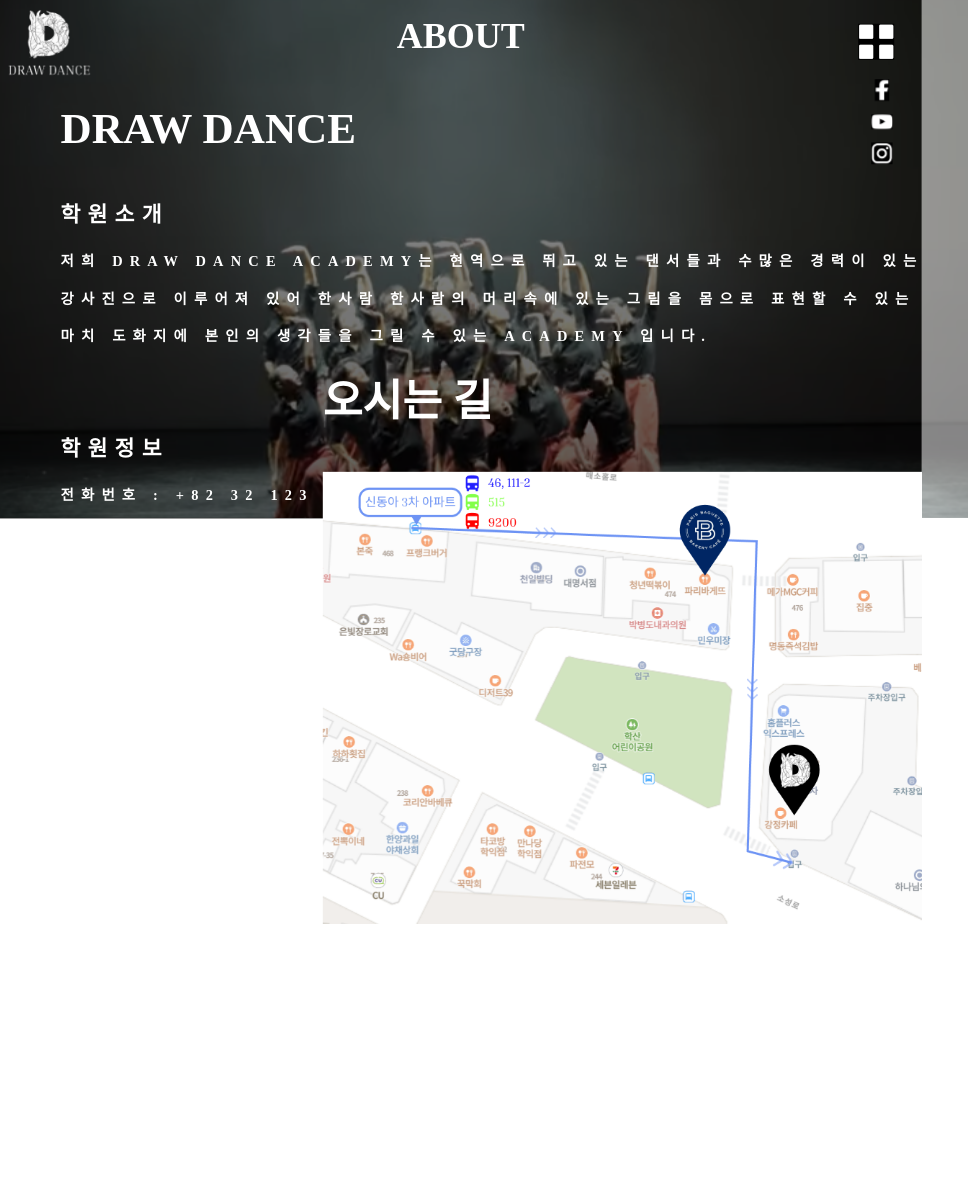
Repository: seonghun9906/semiProject
Page: http://localhost/drawAcademy/WEB-INF/views/headerMenu/about.jsp
The author's editor kept a copy of each file at every save. The page is drawn from the files as they stood at one save, then again after the next save.
The browser window is 1280 px wide. The page is 1344 px wide, then 1280 px, then 1344 px, so the pictures cover 1344 px, including what lies to the right of the window. The pictures show the whole page, at 72% of full size.
The page is served by Tomcat 9. Nobody is signed in. Other server files are loaded and not shown. The template is opened directly, without the code that normally fills it, so the values that code supplies are empty.

Above is the page before, as saved 2024-02-28 06:37:41.

### drawAcademy/src/main/webapp/WEB-INF/views/headerMenu/about.jsp
<%@ page language="java" contentType="text/html; charset=UTF-8"
   pageEncoding="UTF-8"%>
<%@ taglib uri="http://java.sun.com/jsp/jstl/core" prefix="c"%>
<!DOCTYPE html>
<html>
<head>
<meta charset="UTF-8">
<title>수강신청 사이트</title>
<link rel="stylesheet" href="resources/css/about.css">
<script src="https://code.jquery.com/jquery-3.7.1.min.js"
   integrity="sha256-/JqT3SQfawRcv/BIHPThkBvs0OEvtFFmqPF/lYI/Cxo="
   crossorigin="anonymous"></script>

</head>
<body>
   <div class="bodyMain">
   <img src="resources/images/demitasse project.PNG" class=demitasse>
      <div class="title">
         ABOUT
      </div>
      <div class="middle-part">
         <p>DRAW DANCE</p>
         <div class="low-part">
         <p>학원소개</p>
         </div>
         <div class="lowLow-part">
         <p>저희 DRAW DANCE ACADEMY는 현역으로 뛰고 있는 댄서들과 수많은 경력이 있는<br><br> 강사진으로
          이루어져 있어
         	한사람 한사람의 머리속에 있는 그림을 몸으로 표현할 수 있는<br><br> 마치 도화지에 본인의 생각들을 그릴 수 있는
         	ACADEMY 입니다.</p>
         </div>
         <div class="low-part">
         <br>
         <br>
         <p>학원정보</p>
         </div>
         <div class="lowLow-part">
         <p>전화번호 : +82 32 123 4567</p>
         <p>이메일 : DrawDance@semiproject.com</p>
         <p>주소 : 인천광역시 0000번길 000 00빌딩 0층</p>
         </div>
      </div>
       <!-- 오시는길  -->
      <div id="mapSection" class="mapInfo">
      	<div class="mapInfoText">
      		<p>오시는 길</p>
      <img src="resources/images/Map.png" class="map">
      		<div class="mapInfoTextImport">
      		<p>신동아아파트에서 하차 후 파리바게트 기준으로 오른쪽 골목</p>
      		</div>
      	</div>
      </div>
      <!-- 오시는길  end-->
      </div>


      <div class="headerMenu">
         <button class="Home-btn" onclick="location.href='./'">
            <img src="resources/images/lg.png" class="logo">
         </button>
      </div>
      <div id="menu-container">
         <img src="resources/images/menu.png" id="menuButton">
         <div id="rectangle">
            <br> <br>
            <button class="Home-btn" onclick="location.href='./'">
               <p>HOME</p>
            </button>
            <br> <br> <br>
            <button class="ABOUT-btn" onclick="location.href='./about'">
               <p>ABOUT</p>
            </button>
            <br> <br> <br>
            <button class="INSTRUCTORS-btn"
               onclick="location.href='./instructors'">
               <p>INSTRUCTORS</p>
            </button>
            <br> <br> <br>
            <button class="CLASS-btn" onclick="location.href='./classpage'">
               <p>CLASS</p>
            </button>
             <br> <br> <br>
              <button class="CONTACT-btn" onclick="location.href='./qboard'">
               <p>FAQ</p>
            </button>
            <br> <br> <br> <br> <br> <br> <br>
            <div class="smallWord">
               <button id="loginBtn" class="LOGIN-btn"
                  onclick="location.href='./login'">
                  <small>LOGIN</small>
               </button>
               <form id="logoutForm" action="logout" method="get">
                  <button class="LOGIN-btn" onclick="location.href='./'">
                     <small>LOGOUT</small>
                  </button>
               </form>
               <button id="signupBtn" class="SIGNUP-btn"
                  onclick="location.href='./signUp'">
                  <small>SIGN UP</small>
               </button>
               <button id="myPage" class="MYPAGE-btn"
                  onclick="location.href='./mypage'">
                  <small>MY PAGE</small>
               </button>
            </div>
            <br> <br>
            <div id="icon-container2">
               <a href="https://www.facebook.com"> <img
                  src="resources/images/facebookIcon.png" class="facebook">
               </a> <a href="https://www.youtube.com"> <img
                  src="resources/images/youtubeIcon.png" class="youtube">
               </a> <a href="https://www.instagram.com"> <img
                  src="resources/images/instagramIcon.png" class="instagram">
               </a>
            </div>
         </div>
      </div>
      <div id="icon-container">
         <a href="https://www.facebook.com"> <img
            src="resources/images/facebookIcon.png" class="facebook">
         </a> <a href="https://www.youtube.com"> <img
            src="resources/images/youtubeIcon.png" class="youtube">
         </a> <a href="https://www.instagram.com"> <img
            src="resources/images/instagramIcon.png" class="instagram">
         </a>
      </div>



</body>
<script>
$(document).ready(function() {
	  var rectangle = $("#rectangle");
	  var menuButton = $("#menuButton");
	  var iconContainer = $("#icon-container");
	  var isRectangleVisible = false;

	  menuButton.on('click', function() {
	    if (!isRectangleVisible) {
	      rectangle.show();
	      iconContainer.hide();
	      isRectangleVisible = true;
	    } else {
	      rectangle.hide();
	      iconContainer.show();
	      isRectangleVisible = false;
	    }
	  });
	});
</script>
<script>
$(document).ready(function() {
	  var loginBtn = $("#loginBtn");
	  var logoutForm = $("#logoutForm");
	  var signupBtn = $("#signupBtn");
	  var myPageBtn = $("#myPage");

	  var loggedInMember = '<%= session.getAttribute("login") %>';
	  console.log("세션에 저장된 값: " + loggedInMember);

	  // 여기서 로그인 여부를 확인하고 그에 따라 버튼을 표시하거나 숨깁니다.
	  var isLoggedIn = loggedInMember !== 'null' && loggedInMember !== '';

	  if (isLoggedIn) {
	    loginBtn.hide();
	    logoutForm.show();
	    signupBtn.hide();
	    myPageBtn.show();
	  } else {
	    loginBtn.show();
	    logoutForm.hide();
	    signupBtn.show();
	    myPageBtn.hide();
	  }
	});
</script>
</html>

### drawAcademy/src/main/webapp/resources/css/about.css

.mapInfo{
	margin-top : 30%;
	margin-left : 30%;
	z-index: 9999;
	position: relative; /* fixed에서 relative로 변경 */
    overflow: auto; /* 필요에 따라 추가 */

}
.mapInfoText{
	 width: 100%; /* 컨테이너의 너비를 화면 전체로 설정 */
   text-align: left; /* 내부 텍스트를 가운데 정렬합니다. */
   padding: 20px; /* 내부 여백 설정 (예시) */
   box-sizing: border-box; /* 패딩이 포함된 전체 너비/높이 계산 */
   color: #ffffff;
   font-size: 60px;
   font-weight: bold;
   margin: 5%;
     z-index: 9999;

}

.demitasse {
    position: fixed;
    top: -50%;
    left: 0;
    width: 115%;
    height: 150%;
    z-index: 9997;
    object-fit: cover;
    opacity: 0.5; /* 0부터 1까지의 값으로 투명도를 지정합니다. 0은 완전 투명, 1은 완전 불투명입니다. */
}


.bodyMain {
   position: absolute;
   background-color: #000000;
   top: 0;
   left: 0;
   bottom: 0;
   right: 0;
   width: 100%;
   height: 100%;
}
.title {
   width: 100%; /* 컨테이너의 너비를 화면 전체로 설정 */
   position: absolute; /* 화면 아래에 고정시킵니다. */
   text-align: center; /* 내부 텍스트를 가운데 정렬합니다. */
   padding: 20px; /* 내부 여백 설정 (예시) */
   box-sizing: border-box; /* 패딩이 포함된 전체 너비/높이 계산 */
   color: #ffffff;
   font-size: 50px;
   font-weight: bold;
     z-index: 9999;
}

.middle-part {
   width: 100%; /* 컨테이너의 너비를 화면 전체로 설정 */
   position: absolute; /* 화면 아래에 고정시킵니다. */
   text-align: left; /* 내부 텍스트를 가운데 정렬합니다. */
   padding: 20px; /* 내부 여백 설정 (예시) */
   box-sizing: border-box; /* 패딩이 포함된 전체 너비/높이 계산 */
   color: #ffffff;
   font-size: 60px;
   font-weight: bold;
   margin: 5%;
     z-index: 9999;
}

.headerMenu .Home-btn {
   position: absolute;
   background: none;
   border: none;
   padding: 0;
   cursor: pointer;
   width: auto; /* 이미지 크기에 맞게 자동으로 조정됨 */
   z-index: 9999;
}

.headerMenu .logo {
   width: 120px; /* 이미지가 버튼 내에서 꽉 차도록 설정 */
   height: auto; /* 이미지의 가로 세로 비율을 유지하면서 버튼에 맞게 조정 */
}

.facebook {
   width: 20px;
   height: 30px;
   z-index: 9999;
}

.youtube {
   width: 30px;
   height: 20px;
   z-index: 9999;
}

.instagram {
   width: 30px;
   height: 30px;
   z-index: 9999;
}

#menu-container {
   position: relative;
   z-index: 9999;
}

#menuButton {
   cursor: pointer;
   position: absolute;
   top: 25px;
   right: 30px; /* 오른쪽으로 이동 */
   display: flex;
   width: 50px;
   height: 50px;
   z-index: 9999;
}

#icon-container {
   position: absolute;
   top: 110px;
   right: 40px;
   display: flex;
   flex-direction: column; /* 세로 방향으로 아이콘을 나열 */
   align-items: center; /* 아이콘을 수직 중앙으로 정렬 */
   gap: 15px; /* 아이콘 사이의 간격 설정 */
   z-index: 9998;
}

#rectangle {
   /* 처음엔 숨겨져 있음 */
   position: absolute;
   top: 110px; /* toggleButton 바로 아래 위치 */
   right: 30px; /* menuButton과 같게 */
   width: 10.5%;
   min-height: 200px;
   color: black;
   background-color: black;
   display: none;
   border: 2px solid white;
   background-color: black;
   z-index: 9999;
}

#rectangle button {
   cursor: pointer;
   background-color: black;
   border: none;
   padding: 0.5em 0.5em; /* 위아래 0.5em, 좌우 1em으로 설정하여 버튼 크기를 내용에 맞게 조정 */
   color: white;
   font-size: 23px;
   gap: 15px;
}

#rectangle p {
   color: white;
   text-align: left;
   font-size: 24px;
   text-decoration: underline; /* 밑줄 */
   margin: 0px;
}

.smallWord {
   color: white;
   margin: 10px;
}

#icon-container2 {
   position: relative;
   right: -30px;
   display: flex;
   margin-bottom: 30px;
   flex-direction: row; /* 가로 방향으로 아이콘을 나열 */
   align-items: center; /* 아이콘을 수직 중앙으로 정렬 */
   gap: 15px; /* 아이콘 사이의 간격 설정 */
   z-index: 9998;
}

.instructor-container {
   width: 100%;
   position: fixed;
   bottom: 0;
   padding: 20px;
   display: flex;
   justify-content: space-around;
   flex-direction: row;
   box-sizing: border-box;
}

.instructor-container img {
   width: 200px;
   height: 200px;
   }

  .low-part {
  	color : white;
  	letter-spacing : 10px;
  	 font-size: 30px;
  	   z-index: 9999;
  }

  .lowLow-part{
  	width : auto;
  	text-align: left;
  	color : white;
  	letter-spacing : 10px;
  	font-size: 20px;
  	  z-index: 9999;
  }

After the next save:
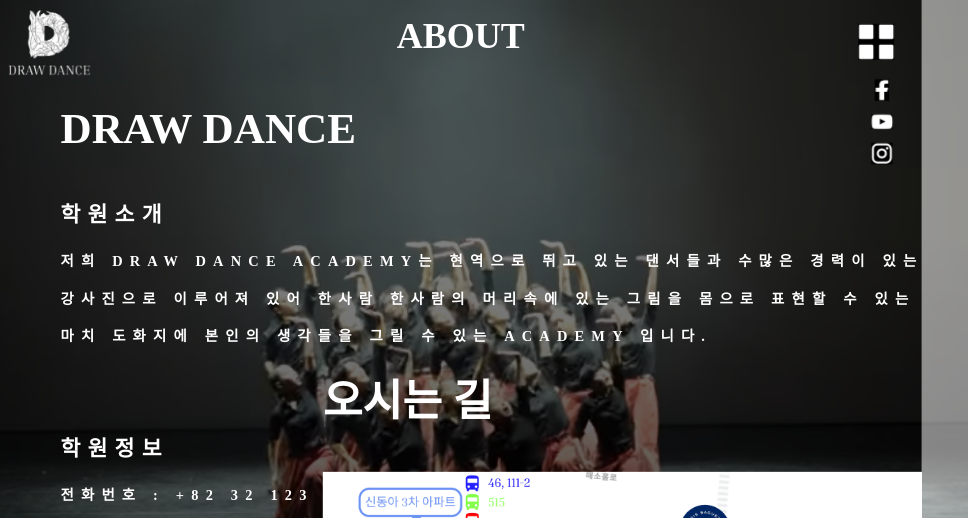
Saved 59 s later.
--- a/drawAcademy/src/main/webapp/resources/css/about.css
+++ b/drawAcademy/src/main/webapp/resources/css/about.css
@@ -33,7 +33,7 @@
 
 
 .bodyMain {
-   position: absolute;
+   position: fixed;
    background-color: #000000;
    top: 0;
    left: 0;

After the save that followed:
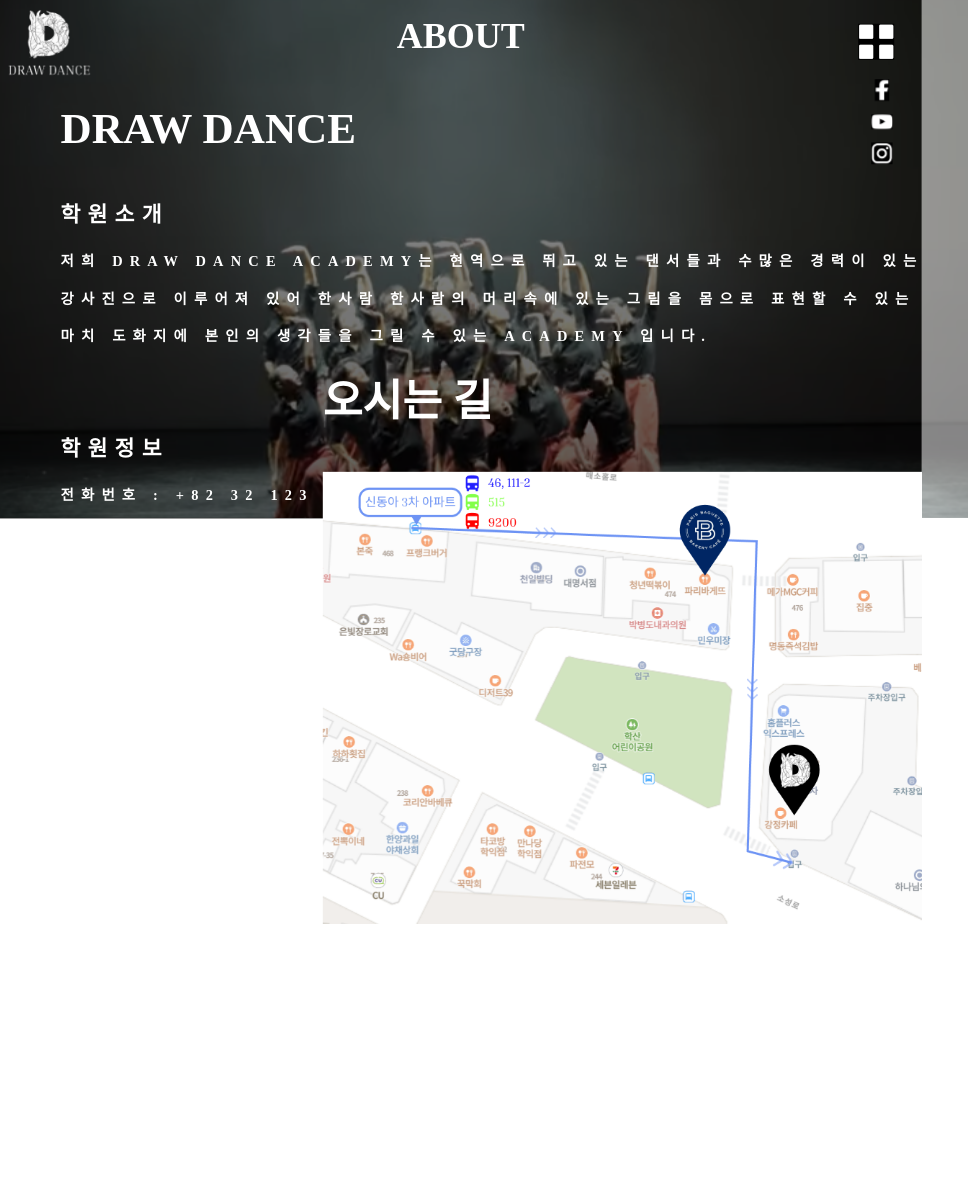
Saved 5 s later.
--- a/drawAcademy/src/main/webapp/resources/css/about.css
+++ b/drawAcademy/src/main/webapp/resources/css/about.css
@@ -33,7 +33,7 @@
 
 
 .bodyMain {
-   position: fixed;
+   position: absolute;
    background-color: #000000;
    top: 0;
    left: 0;
